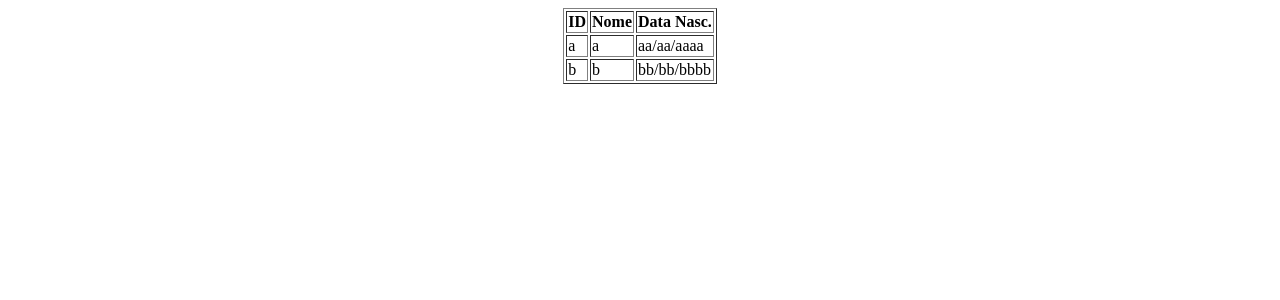
Repository: Frm2003/Laboratorio-de-Banco-de-Dados
Page: ExemploHTML/src/main/webapp/index.html
An editor plug-in stored every save of this project. The page is shown before and after the next save, followed by the edit.
The browser window is 1280 px wide. The pictures show the whole page.

Above is the page before, as saved 2023-08-08 12:47:00.

### ExemploHTML/src/main/webapp/index.html
<!DOCTYPE html>
<html>

<head>
	<meta charset="ISO-8859-1">
	<title>Exemplo</title>
</head>

<body>
	<div align="center">
		<table border="1">
			<thead>
				<tr>
					<th><b>ID</b></th>
					<th><b>Nome</b></th>
					<th><b>Data Nasc.</b></th>
				</tr>
			</thead>
			<tbody>
				<tr>
					<td>a</td>
					<td>a</td>
					<td>aa/aa/aaaa</td>
				</tr>
				<tr>
					<td>b</td>
					<td>b</td>
					<td>bb/bb/bbbb</td>
				</tr>
			</tbody>
		</table>
	</div>

	<div align="center">
		<table>

		</table>
	</div>

</body>

</html>

After the next save:
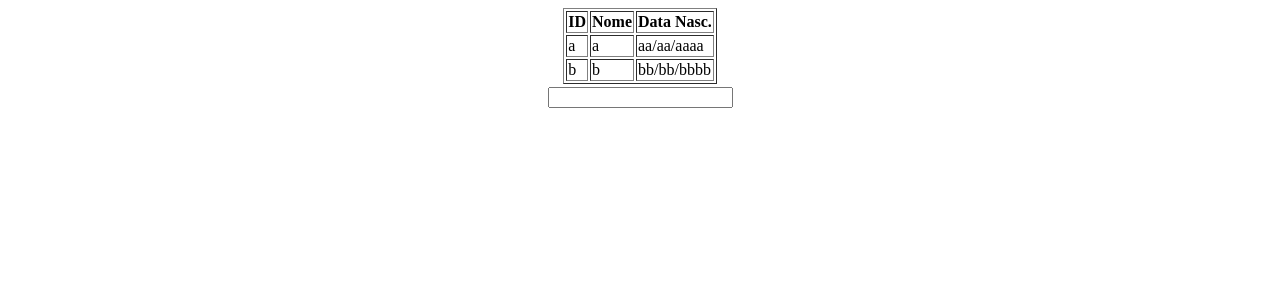
Saved 61 s later.
--- a/ExemploHTML/src/main/webapp/index.html
+++ b/ExemploHTML/src/main/webapp/index.html
@@ -33,7 +33,11 @@
 
 	<div align="center">
 		<table>
-
+			<tr>
+				<td>
+					<input type="number"">
+				</td>
+			</tr>
 		</table>
 	</div>
 
